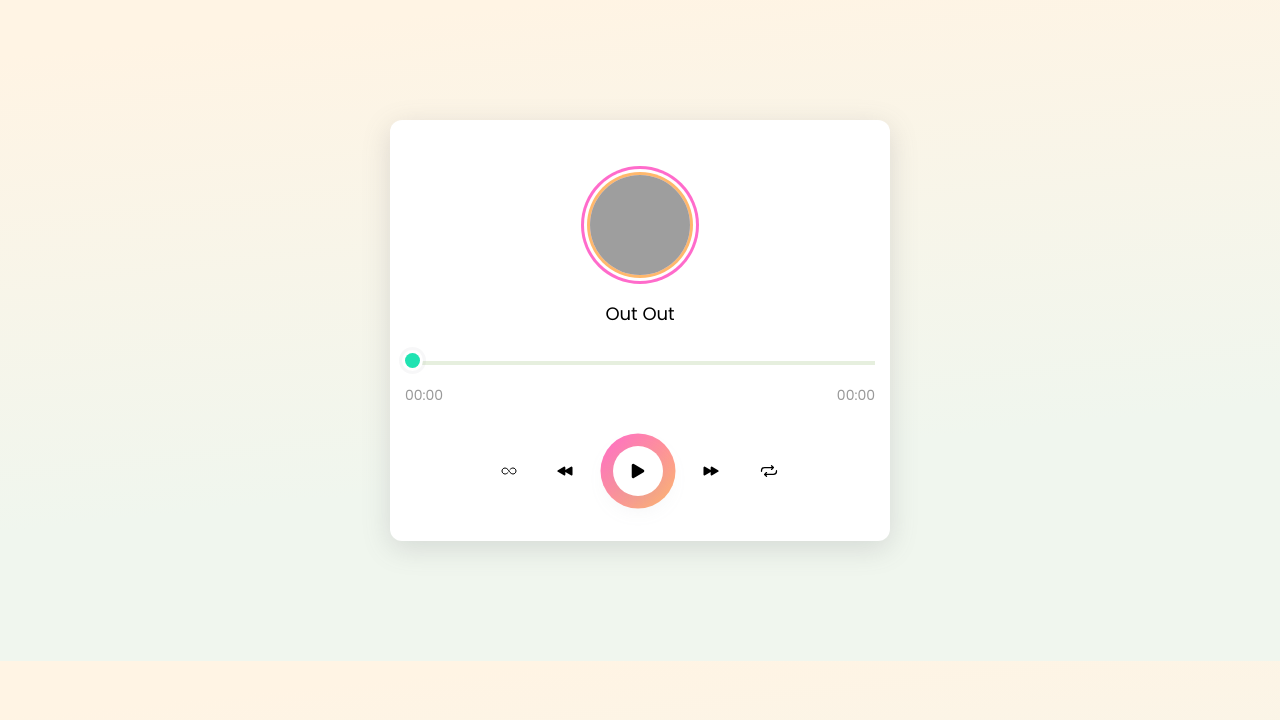
Repository: VuTuanAnh0949/Mp3
Page: index.html
The author's editor kept a copy of each file at every save. The page is drawn from the files as they stood at one save, then again after the next save.
The browser window is 1280 px wide. The pictures show the whole page.
Pictures or frames that could not be fetched are drawn as grey boxes.

Above is the page before, as saved 2022-09-25 14:55:39.

### index.html
<!DOCTYPE html>
<html lang="en">

<head>
    <meta charset="UTF-8">
    <meta http-equiv="X-UA-Compatible" content="IE=edge">
    <meta name="viewport" content="width=device-width, initial-scale=1.0">
    <link rel="stylesheet" href="app.css">
    <link rel="preconnect" href="https://fonts.googleapis.com">
    <link rel="preconnect" href="https://fonts.gstatic.com" crossorigin>
    <link href="https://fonts.googleapis.com/css2?family=Poppins:wght@300;400;600&family=Roboto:ital,wght@0,300;1,300&display=swap" rel="stylesheet">
    <title>MP3</title>
    <script type="module" src="https://unpkg.com/ionicons@5.5.2/dist/ionicons/ionicons.esm.js"></script>
    <script nomodule src="https://unpkg.com/ionicons@5.5.2/dist/ionicons/ionicons.js"></script>
</head>

<body>
    <div class="content">

    </div>
    <div class="music">
        <div class="music-thumb">
            <img src="https://unsplash.com/blog/content/images/size/w1600/2022/06/jon-anders-dalan-9jSe9ZIFtGw-unsplash.jpg" alt="">
        </div>
        <h3 class="music-name">The Night</h3>
        <input type="range" name="range" id="range" class="range">
        <audio src="./music/nhabangiau.mp3" id="song"></audio>
        <div class="timer">
            <div class="duration">2:10</div>
            <div class="remaining">-3:10</div>
        </div>
        <div class="controls">
            <ion-icon name="infinite-outline" class="play-infinite"></ion-icon>
            <ion-icon name="play-back" class="play-back"></ion-icon>
            <div class="play">
                <div class="player-inner">
                    <ion-icon name="play" class="play-icon"></ion-icon>
                </div>
            </div>
            <ion-icon name="play-forward" class="play-forward"></ion-icon>
            <ion-icon name="repeat-outline" class="play-repeat"></ion-icon>
        </div>
    </div>

<script src="./app.js"></script>

</body>

</html>

### app.css
html {
    box-sizing: border-box;
  }
  * {
    margin: 0;
    padding: 0;
  }
  *,
  *:before,
  *:after {
    box-sizing: border-box;
  }
  input,
  textarea,
  select,
  button {
    outline: none;
  }
  input {
    line-height: normal;
  }
  label,
  button {
    cursor: pointer;
  }
  a {
    text-decoration: none;
  }
  img {
    display: block;
    max-width: 100%;
  }
  body {
    font-family: "Poppins", sans-serif;
    padding: 20px;
    max-width: 1000vh;
    max-height: 1000vh;
    background-image: linear-gradient( 174.2deg,  rgba(255,244,228,1) 7.1%, rgba(240,246,238,1) 67.4% );
   background-size: cover;
  }

  .music {
    max-width: 500px;
    margin: 100px auto;
    border-radius: 12px;
    background-color: white;
    box-shadow: rgba(100, 100, 111, 0.2) 0px 7px 29px 0px;
    padding: 55px 15px 45px;
  }
  .music-thumb {
    width: 100px;
    height: 100px;
    margin: 0 auto 25px;
  }
  .music-thumb.is-playing {
    animation: spinner 5s infinite linear;
  }
  .music-thumb img {
    width: 100%;
    height: 100%;
    object-fit: cover;
    border-radius: 100rem;
    box-shadow: 0 0 0 3px #ffb86c, 0 0 0 6px white, 0 0 0 9px #ff6bcb;
  }
  .music-name {
    font-size: 18px;
    font-weight: 500;
    text-align: center;
    margin-bottom: 20px;
  }
  .timer {
    display: flex;
    justify-content: space-between;
    align-items: center;
    font-size: 14px;
    color: #999;
    margin-bottom: 40px;
  }
  .controls {
    display: flex;
    justify-content: center;
    align-items: center;
    gap: 0 40px;
  }
  .play {
    position: relative;
  }
  .play:before {
    content: "";
    position: absolute;
    inset: 0;
    background-image: linear-gradient(to right bottom, #ff6bcb, #ffb86c);
    transform: scale(1.5);
    border-radius: 100rem;
  }
  .player-inner {
    width: 50px;
    height: 50px;
    border-radius: 100rem;
    background-color: white;
    display: flex;
    justify-content: center;
    align-items: center;
    cursor: pointer;
    box-shadow: rgba(149, 157, 165, 0.2) 0px 8px 24px;
    font-size: 20px;
    position: relative;
    z-index: 2;
  }
  .play-repeat,
  .play-back,
  .play-forward {
    cursor: pointer;
  }
  .range {
    -webkit-appearance: none; /* Hides the slider so that custom slider can be made */
    width: 100%; /* Specific width is required for Firefox. */
    background: transparent; /* Otherwise white in Chrome */
    margin-bottom: 20px;
     background: chartreuse;
  }
  .range::-webkit-slider-runnable-track {
    width: 100%;
    height: 4px;
    background-color: #eeee;
  }
  .range::-webkit-slider-thumb {
    -webkit-appearance: none;
    background-color: #20e3b2;
    width: 15px;
    height: 15px;
    border-radius: 100rem;
    margin-top: -8px;
    box-shadow: 0 0 0 3px white, 0 0 0 6px rgba(100, 100, 111, 0.05);
  }
  @keyframes spinner {
    to {
      transform: rotate(360deg);
    }
  }
  .play-repeat {
    font-size: 20px;
  }

### app.js
const song = document.getElementById("song");
const playBtn = document.querySelector(".player-inner");
const nextBtn = document.querySelector(".play-forward");
const prevBtn = document.querySelector(".play-back");
const durationTime = document.querySelector(".duration")
const remainingTime = document.querySelector(".remaining")
const rangeBar = document.querySelector(".range");
const musicName = document.querySelector(".music-name");
const musicThumbnail = document.querySelector(".music-thumb");
const musicImage = document.querySelector(".music-thumb img");
const playRepeat = document.querySelector(".play-repeat");

let isPlaying = true;
let indexSong = 0;
let isRepeat = false;
/* const musics = ["thenight.mp3","nhabangiau.mp3","outout.mp3","moveyour.mp3"]; */
const musics =[
  {
    id: 1,
    title: "Out Out",
    file: "outout.mp3",
    image: "https://c4.wallpaperflare.com/wallpaper/545/756/905/anime-anime-girls-mask-simple-background-hd-wallpaper-thumb.jpg"
},
      {
          id: 2,
          title: "Nhà Bạn Giàu",
          file: "nhabangiau.mp3",
          image: "https://images.unsplash.com/photo-1495430288918-03be19c7c485?ixlib=rb-1.2.1&ixid=MnwxMjA3fDB8MHxwaG90by1wYWdlfHx8fGVufDB8fHx8&auto=format&fit=crop&w=387&q=80"
      },
      {
        id: 3,
        title: "The Night",
        file: "thenight.mp3",
        image: "https://images.unsplash.com/photo-1532767153582-b1a0e5145009?ixlib=rb-1.2.1&ixid=MnwxMjA3fDB8MHxwaG90by1wYWdlfHx8fGVufDB8fHx8&auto=format&fit=crop&w=387&q=80"
    },
    {
      id: 4,
      title: "Move Your..",
      file: "moveyour.mp3",
      image: "https://c4.wallpaperflare.com/wallpaper/663/420/862/car-purple-retrowave-landscape-wallpaper-thumb.jpg"
  }

]
let timer;
let repeatCount = 0;
playRepeat.addEventListener("click", function () {
  if (isRepeat) {
    isRepeat = false;
    playRepeat.removeAttribute("style");
  } else {
    isRepeat = true;
    playRepeat.style.color = "#ffb86c";
  }
});
nextBtn.addEventListener("click", function () {
  changeSong(1);
});
prevBtn.addEventListener("click", function () {
  changeSong(-1);
});
song.addEventListener("ended", handleEndedSong);
function handleEndedSong() {
  repeatCount++;
  if (isRepeat && repeatCount === 1) {
    // handle repeat song
    isPlaying = true;
    playPause();
  } else {
    changeSong(1);
  }
}
function changeSong(dir) {
    if (dir === 1) {
      // next song
      indexSong++;
      if (indexSong >= musics.length) {
        indexSong = 0;
      }
      isPlaying = true;
    } else if (dir === -1) {
      // prev song
      indexSong--;
      if (indexSong < 0) {
        indexSong = musics.length - 1;
      }
      isPlaying = true;
    }
    init(indexSong);
    // song.setAttribute("src", `./music/${musics[indexSong].file}`);
    playPause();
  }

  playBtn.addEventListener("click", playPause);
  function playPause() {
    if (isPlaying) {
      musicThumbnail.classList.add("is-playing");
      song.play();
      playBtn.innerHTML = `<ion-icon name="pause-circle"></ion-icon>`;
      isPlaying = false;
      timer = setInterval(displayTimer, 500);
    } else {
      musicThumbnail.classList.remove("is-playing");
      song.pause();
      playBtn.innerHTML = `<ion-icon name="play"></ion-icon>`;
      isPlaying = true;
      clearInterval(timer);
    }
  }
  function displayTimer() {
    const { duration, currentTime } = song;
    rangeBar.max = duration;
    rangeBar.value = currentTime;
    remainingTime.textContent = formatTimer(currentTime);
    if (!duration) {
      durationTime.textContent = "00:00";
    } else {
      durationTime.textContent = formatTimer(duration);
    }
  }
  function formatTimer(number) {
    const minutes = Math.floor(number / 60);
    const seconds = Math.floor(number - minutes * 60);
    return `${minutes < 10 ? "0" + minutes : minutes}:${
      seconds < 10 ? "0" + seconds : seconds
    }`;
  }
  rangeBar.addEventListener("change", handleChangeBar);
  function handleChangeBar() {
    song.currentTime = rangeBar.value;
  }
  function init(indexSong) {
    song.setAttribute("src", `./music/${musics[indexSong].file}`);
    musicImage.setAttribute("src", musics[indexSong].image);
    musicName.textContent = musics[indexSong].title;
  }
  displayTimer();
  init(indexSong);

After the next save:
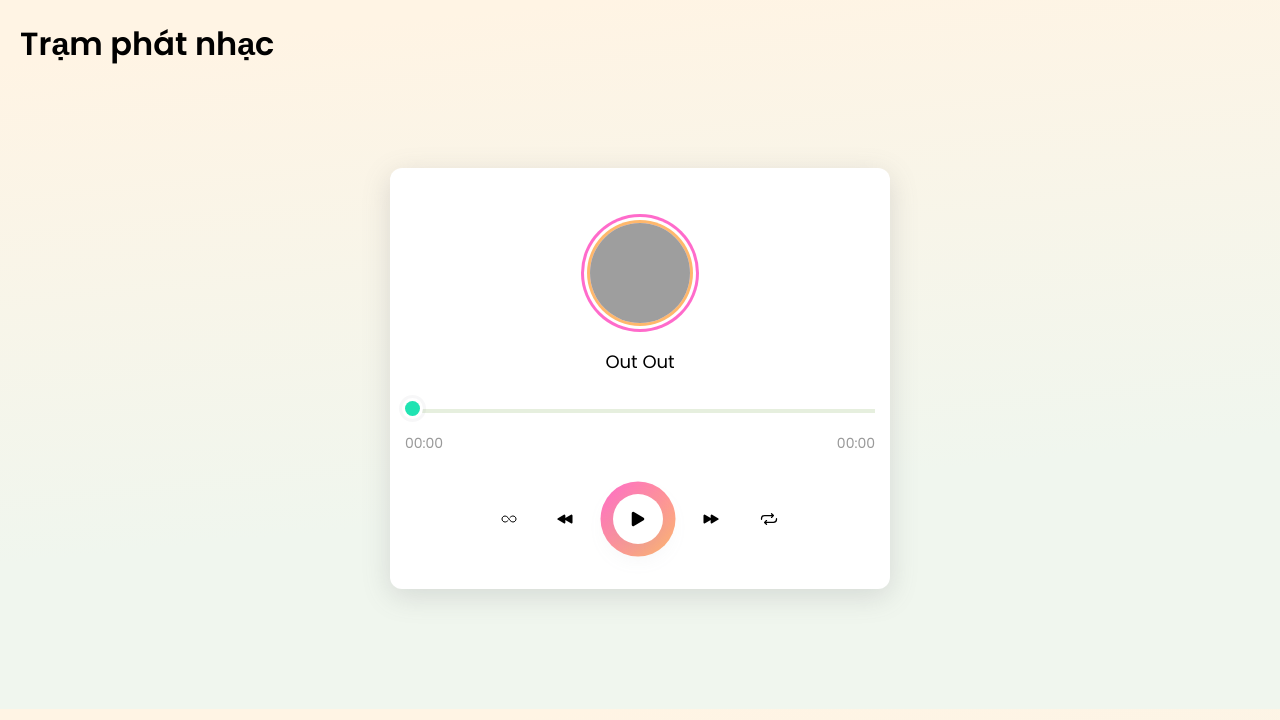
Saved 7 s later.
--- a/index.html
+++ b/index.html
@@ -16,7 +16,7 @@
 
 <body>
     <div class="content">
-
+        <h1>Trạm phát nhạc</h1>
     </div>
     <div class="music">
         <div class="music-thumb">
